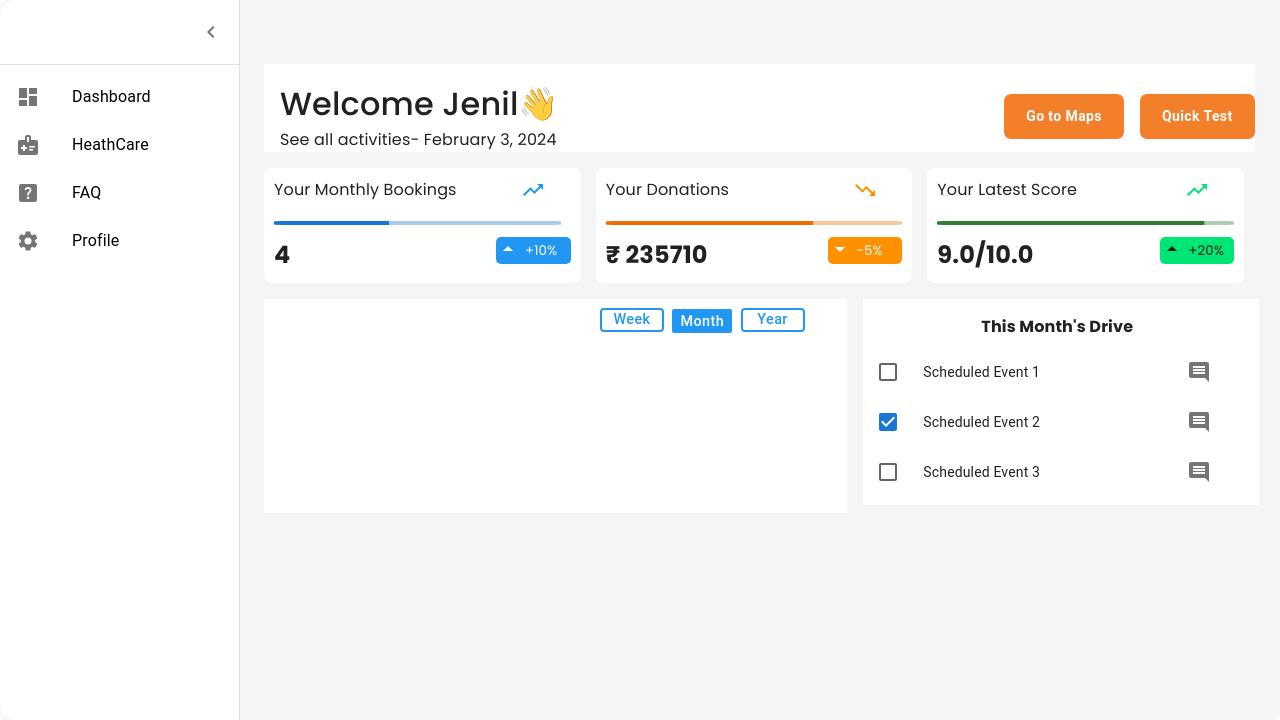
Repository: shubhampirate/Google_Solutions_Edural
Page: /dashboard
An editor plug-in stored every save of this project. The page is shown before and after the next save, followed by the edit.
The browser window is 1280 px wide. The pictures show the whole page.
The page's requests for data from a server got no answer. The project was rebuilt for these pictures with package versions that can differ from the ones it lists, and the page was loaded fresh each time. Some packages were replaced by stand-ins written for this rebuild. No one was signed in, and anything a server would have sent is missing. Also part of the build but not shown: src/Components/Navbar.jsx, src/Components/Footer.jsx, src/Components/CongratsCard.jsx, src/pages/Hero/Hero.jsx, src/pages/Sign_in.jsx.

Above is the page before, as saved 2024-02-03 17:59:20.

After the next save:
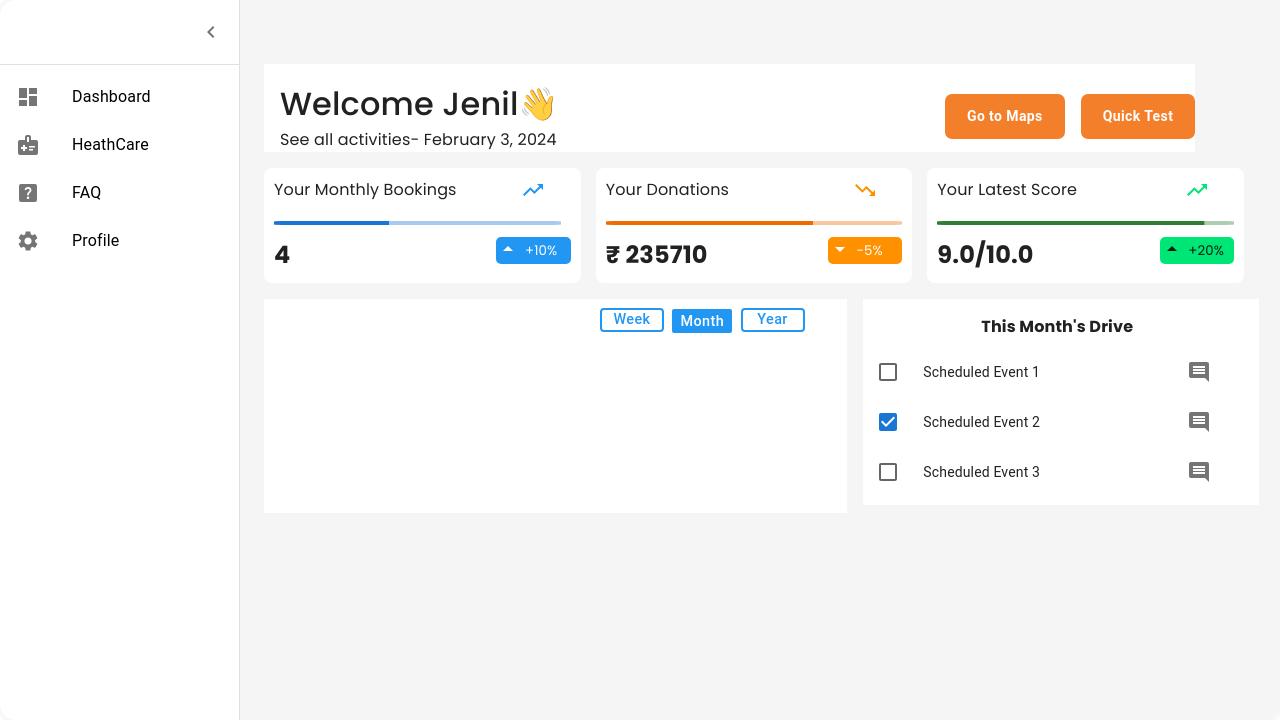
Saved 9 s later.
--- a/src/pages/Dashboard/Dashboard.jsx
+++ b/src/pages/Dashboard/Dashboard.jsx
@@ -308,7 +308,7 @@
             <div style={{ fontSize: '2rem', fontWeight: '500' }}>Welcome Jenil👋</div>
             <div>See all activities- {formattedDate}</div>
             </Grid>
-            <Grid item xs={5.7} display="flex" justifyContent="flex-end" alignItems="center" style={{ backgroundColor: "white"}}>
+            <Grid item xs={5} display="flex" justifyContent="flex-end" alignItems="center" style={{ backgroundColor: "white"}}>
             <Box
         sx={{
           display: "flex",
